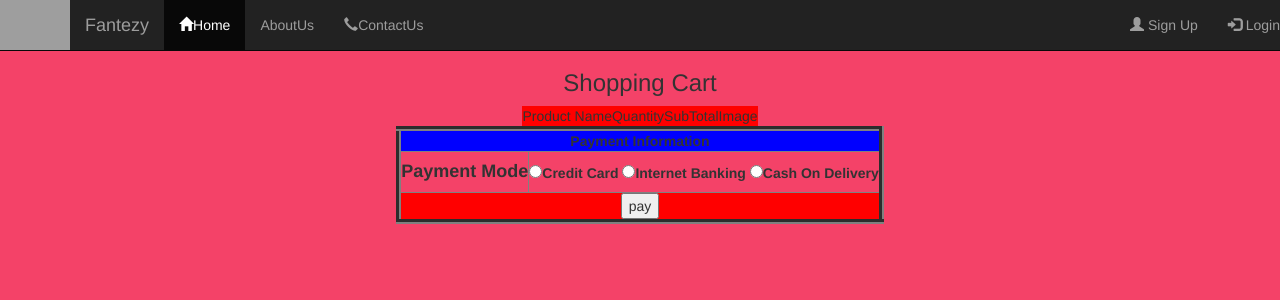
Repository: Safna93/eCommerce-project
Page: http://localhost/FantezyFrontendProject/WEB-INF/views/OrderConfirm.jsp
These files come from the project's save history. The page is drawn as it stood at one moment and after the next save; the edit follows.
The browser window is 1280 px wide. The pictures show the whole page.
Pictures or frames that could not be fetched are drawn as grey boxes. Some web libraries are served in a nearby version. The page is served by Tomcat 9. Nobody is signed in. The template is opened directly, without the code that normally fills it, so the values that code supplies are empty.

Above is the page before, as saved 2017-07-11 17:45:07.

After the next save:
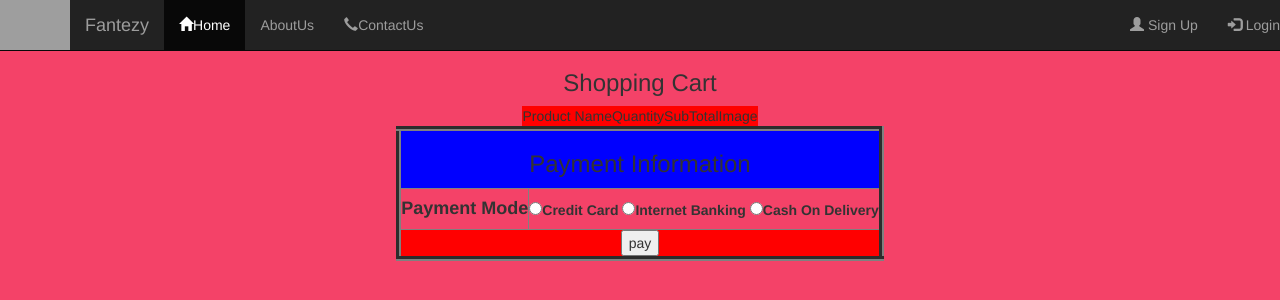
Saved 74 s later.
--- a/Fantezy Project 1/Fantezy/FantezyFrontendProject/src/main/webapp/WEB-INF/views/OrderConfirm.jsp
+++ b/Fantezy Project 1/Fantezy/FantezyFrontendProject/src/main/webapp/WEB-INF/views/OrderConfirm.jsp
@@ -32,7 +32,7 @@
 
 <table cellspacing="3" cellpadding="10" align="center" border="5">
 <tr bgcolor="blue">
-<td colspan="2"><center><strong>Payment Information</strong></center></td>
+<td colspan="2"><center><strong><h3>Payment Information</h3></strong></center></td>
 </tr>
 
 <tr>
